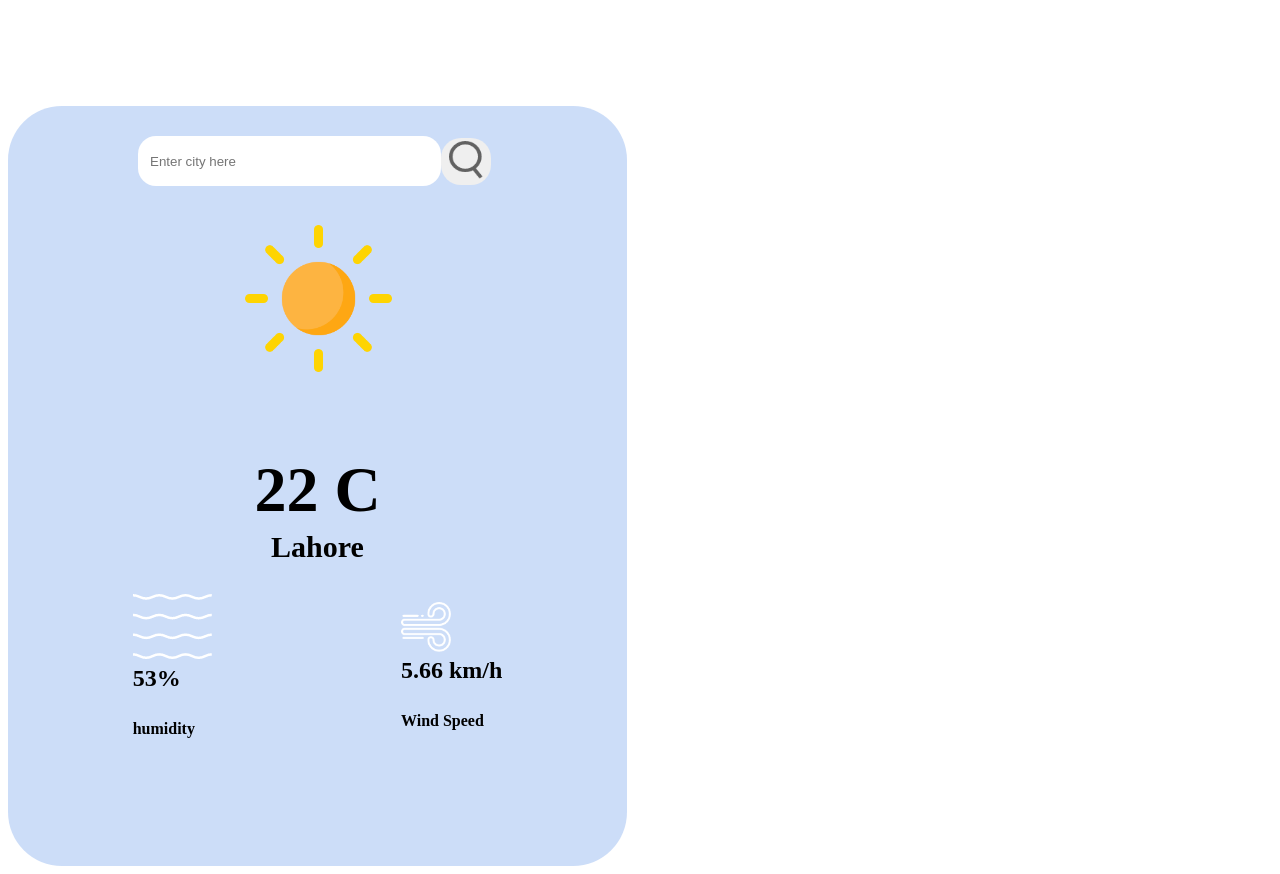
Repository: WajihaGul/Javascripts-Projects
Page: WEATHER APP/index.html
These files come from the project's save history. The page is drawn as it stood at one moment and after the next save; the edit follows.
The browser window is 1280 px wide. The pictures show the whole page.

Above is the page before, as saved 2024-06-07 16:36:51.
Not found: WEATHER APP/script.js

### WEATHER APP/index.html
<!DOCTYPE html>
<html>
    <head>
        <meta charset="utf-8">
        <meta http-equiv="X-UA-Compatible" content="IE=edge">
        <title></title>
        <meta name="description" content="">
        <meta name="viewport" content="width=device-width, initial-scale=1">
        <link rel="stylesheet" href="./style.css">
    </head>
    <body>
            <div class="MainDiv">
                <div class="SearchDiv" >
                <input type="search" class="SearchInput" placeholder="Enter city here">
                <button class="SearchLogo"><img src="/images/search.png" class="btnimg" alt="SearchLogo"></button>
            </div>

            <div class="SecDiv">
                <div class="weather">
                <img src="./images/clear.png" alt="weather here" class="weatherImg">
                </div>
                <div class="temp">
                    <h1>22 C</h1>
                </div>
                <div class="cityName">
                    <h1>Lahore</h1>
                </div>
                <div class="humidityAndWindSpeed">
                <div class="humidity">
                    <img src="./images/humidity.png" alt="">
                    <h1>53%</h1>
                    <br>
                    <h2>humidity</h2>
                </div>
                <div class="windSpeed">
                    <img src="./images/wind.png" alt="">
                    <h1>5.66 km/h</h1>
                    <br>
                    <h2>Wind Speed</h2>
                </div>
                </div>
            </div>
        </div>
        <script src="./script.js" async defer></script>
    </body>
</html>

### WEATHER APP/style.css
.MainDiv{
    background-color: rgb(154 187 241 / 50%);
    width: 559px;
    margin-top: 106px;
    border-radius: 54px;
    height: 700px;
    padding: 30px
}
 .SearchInput{
    width: 303px;
    height: 50px;
    border-radius: 18px;
    padding: 10px;
    border-color: transparent;
}
.SearchDiv{
    display: flex;
    flex-direction: row;
    align-items: center;
    margin: 0 auto;
    margin-left: 100px;
    margin-right: 100px;
}
.btnimg{
    height: 38px;
    width: 34px;
}
.SearchLogo{
    border-color: transparent;
    border-radius: 20px;
    cursor: pointer;
}
.temp h1{
    display: flex;
    align-items: center;
    justify-content: center;
    font-size: 64px;

}
.weatherImg{
    display: flex;
    margin: 0 auto;

}
.cityName h1{
    display: flex;
    align-items: center;
    justify-content: center;
    font-size: 30px;
    margin-top: -50px;
    padding: 10px;
}
.humidityAndWindSpeed {
    display: flex;
    justify-content: space-around;
    align-items: center;
    margin-top: 20px;
}

.humidity,
.windSpeed {
    display: flex;
    flex-direction: column;
    align-items: row;
}

.humidity h1,
.windSpeed h1 {
    font-size: 24px;
    margin: 5px 0;
}

.humidity h2,
.windSpeed h2 {
    font-size: 16px;
    margin: 5px 0;
}

.windSpeed img, humidity img {
    width: 50px; /* Adjust as needed */
    height: auto; /* Maintain aspect ratio */
}

After the next save:
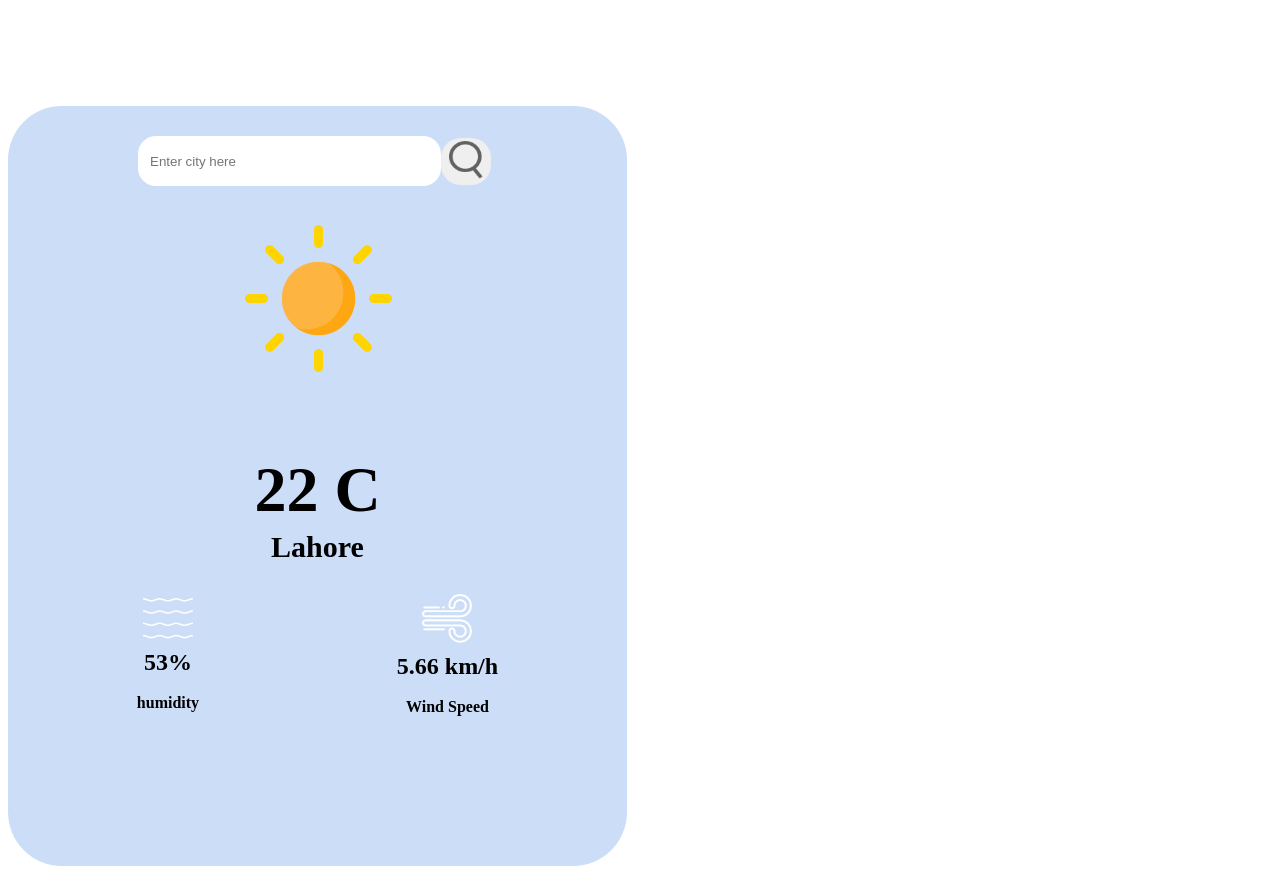
Saved 108 s later.
--- a/WEATHER APP/style.css
+++ b/WEATHER APP/style.css
@@ -61,22 +61,25 @@
 .windSpeed {
     display: flex;
     flex-direction: column;
-    align-items: row;
+    align-items: center;
+    text-align: center; /* Center text */
+}
+
+.humidity img,
+.windSpeed img {
+    margin-bottom: 10px; /* Adjust as needed */
+    width: 50px; /* Adjust as needed */
+    height: auto; /* Maintain aspect ratio */
 }
 
 .humidity h1,
 .windSpeed h1 {
     font-size: 24px;
-    margin: 5px 0;
+    margin: 0;
 }
 
 .humidity h2,
 .windSpeed h2 {
     font-size: 16px;
-    margin: 5px 0;
+    margin: 0;
 }
-
-.windSpeed img, humidity img {
-    width: 50px; /* Adjust as needed */
-    height: auto; /* Maintain aspect ratio */
-}
